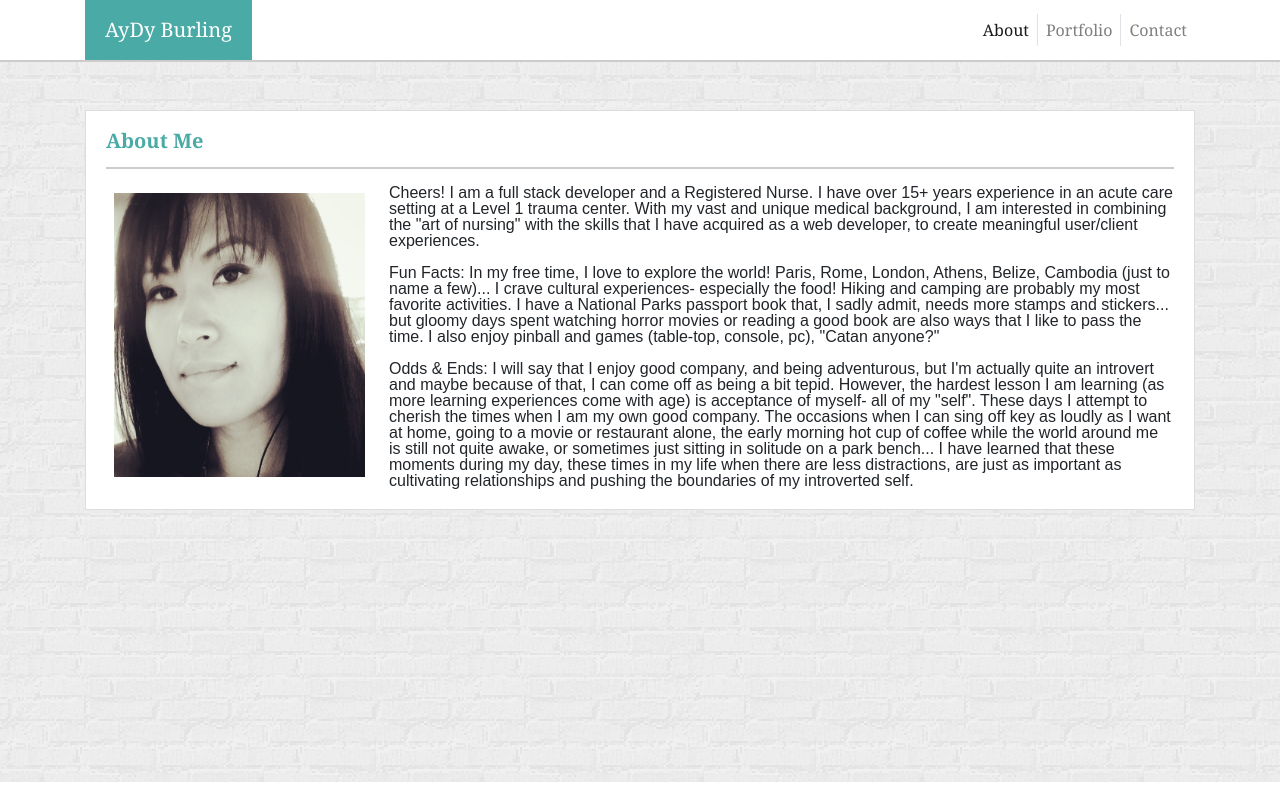
Repository: Dee1985/AyDy-Burling-prework
Page: Module-1_Assessment/index.html
An editor plug-in stored every save of this project. The page is shown before and after the next save, followed by the edit.
The browser window is 1280 px wide. The pictures show the whole page.

Above is the page before, as saved 2020-05-22 22:20:58.

After the next save:
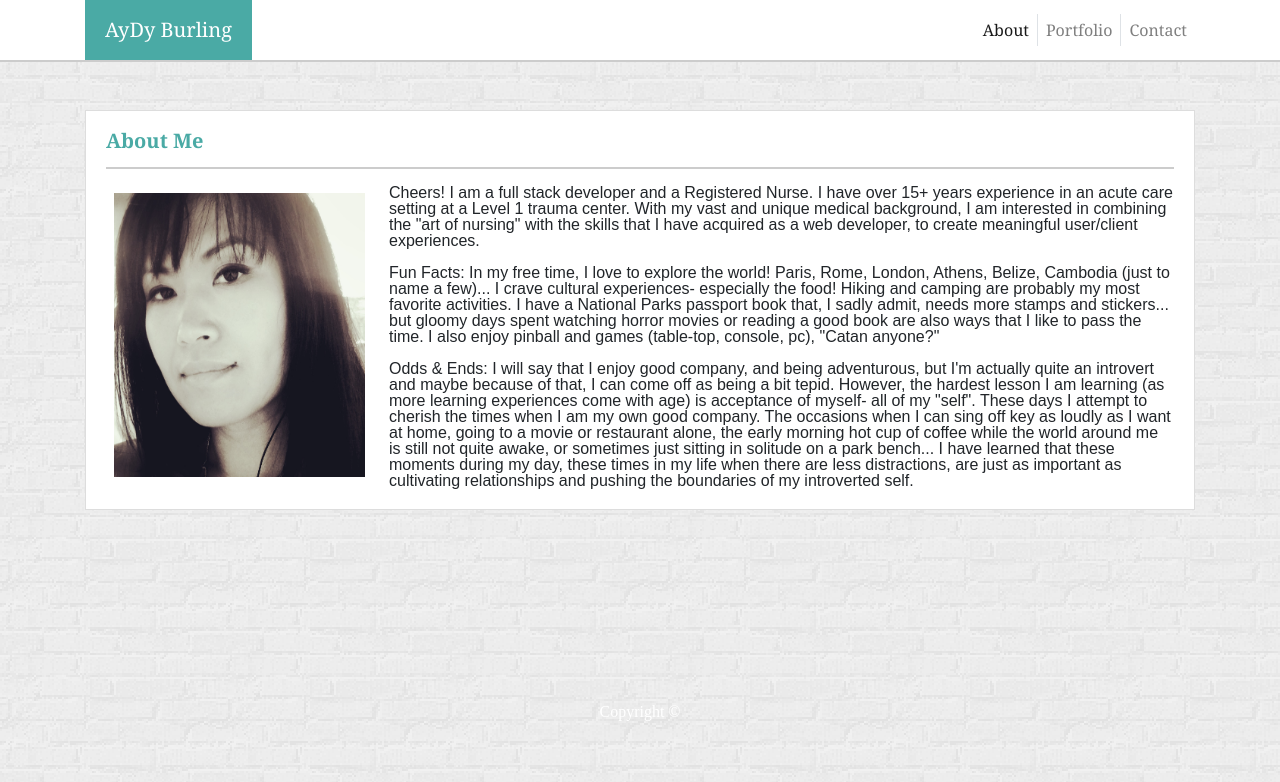
Saved 50 s later.
--- a/Module-1_Assessment/assets/css/style.css
+++ b/Module-1_Assessment/assets/css/style.css
@@ -52,3 +52,10 @@ hr {
 	padding-top: 10px;
 	padding-bottom: 10px;
 }
+
+footer {
+	position: fixed;
+	left: 0;
+	bottom: 0;
+	width: 100%;
+}
